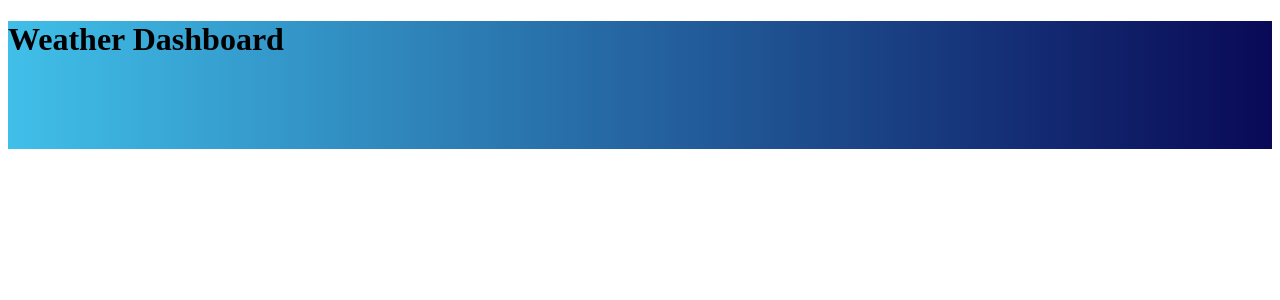
Repository: brenhamp/weather-dashboard
Page: index.html
The author's editor kept a copy of each file at every save. The page is drawn from the files as they stood at one save, then again after the next save.
The browser window is 1280 px wide. The pictures show the whole page.

Above is the page before, as saved 2021-12-09 18:44:19.

After the next save:
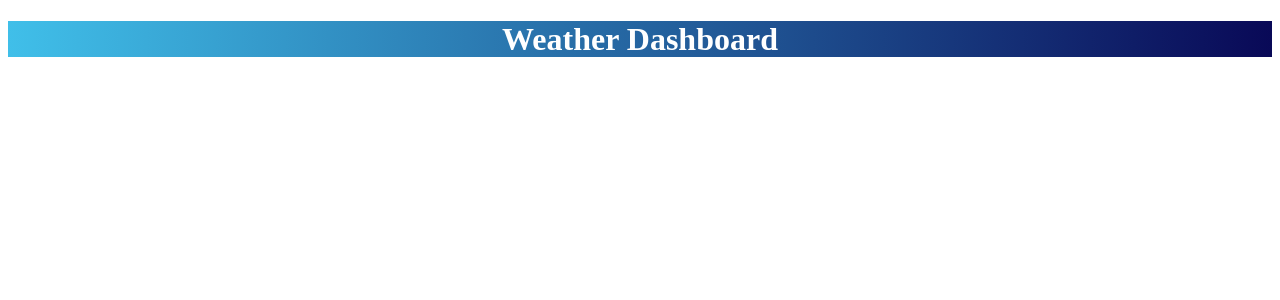
Saved 5 min 53 s later.
--- a/assets/css/style.css
+++ b/assets/css/style.css
@@ -1,4 +1,8 @@
 .hero {
     background-image: linear-gradient(to right, rgb(64, 191, 233), rgb(9, 9, 87));
-    height: 10vw;
+    height: 5vh;
+    text-align: center;
+    margin: auto;
+    line-height: 5vh;
+    color: white
 }
